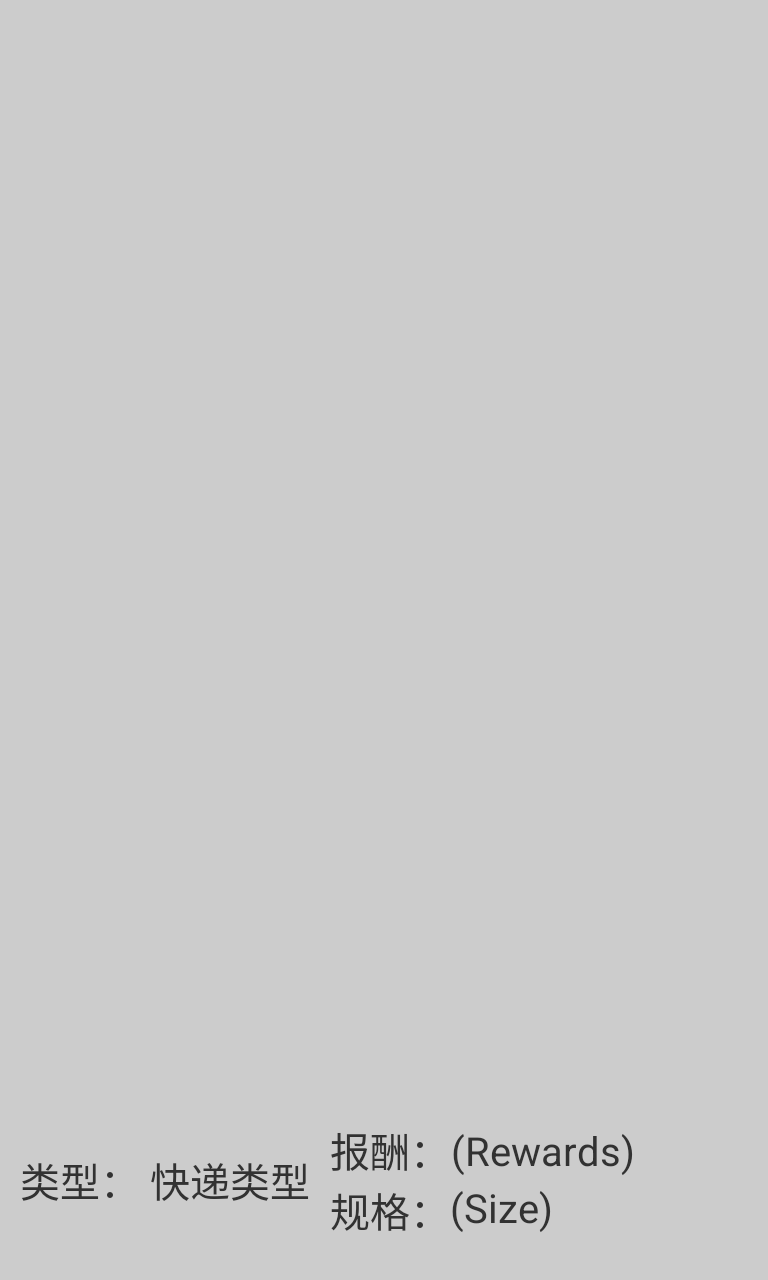
Repository: fariashen/campus-express
Layout: easyCourier/res/layout/item_request.xml
These files come from the project's save history. The layout is drawn as it stood at one moment and after the next save; the edit follows.
It is drawn on a 768 x 1280 px phone screen (xhdpi) without system bars, with theme AppTheme; the app's code is not run. The app's manifest (not shown) leaves right-to-left support off. So textAlignment, textDirection and layoutDirection are ignored, and left and right values win over start and end ones.

Above is the layout before, as saved 2016-04-25 09:23:26.

### easyCourier/res/layout/item_request.xml
<?xml version="1.0" encoding="utf-8"?>
<RelativeLayout xmlns:android="http://schemas.android.com/apk/res/android"
    android:layout_width="match_parent"
    android:layout_height="wrap_content"
    style="@style/bg_line"
    android:orientation="vertical"
    android:paddingBottom="20dp"
    android:layout_marginTop="10dp" >

    <TextView
        android:id="@+id/tv_tip_itemKinds"
        android:layout_width="wrap_content"
        android:layout_height="wrap_content"
        android:layout_marginLeft="10dp"
        android:layout_marginTop="15dp"
        android:text="类型："
        android:textSize="20sp" />

    <TextView
        android:id="@+id/tv_itemKinds"
        android:layout_width="90dp"
        android:layout_height="wrap_content"
        android:layout_marginTop="15dp"
        android:layout_marginLeft="5dp"
        android:layout_toEndOf="@id/tv_tip_itemKinds"
        android:text="快递类型"
        android:textSize="20sp" />

    <TextView
        android:id="@+id/tv_tip_itemReward"
        android:layout_width="wrap_content"
        android:layout_height="30dp"
        android:layout_toEndOf="@id/tv_itemKinds"
        android:text="报酬："
        android:textSize="20sp" />

    <TextView
        android:id="@+id/tv_itemReward"
        android:layout_width="wrap_content"
        android:layout_height="30dp"
        android:layout_toEndOf="@id/tv_tip_itemReward"
        android:gravity="center"
        android:text="(Rewards)"
        android:textSize="20sp" />



    <TextView
        android:id="@+id/tv_tip_itemSize"
        android:layout_width="wrap_content"
        android:layout_height="30dp"
        android:layout_toEndOf="@id/tv_itemKinds"
        android:layout_below="@id/tv_tip_itemReward"
        android:text="规格："
        android:textSize="20sp" />

    <TextView
        android:id="@+id/tv_itemSize"
        android:layout_width="wrap_content"
        android:layout_height="30dp"
        android:layout_below="@id/tv_itemReward"
        android:layout_toEndOf="@id/tv_tip_itemSize"
        android:text="(Size)"
        android:textSize="20sp" />

</RelativeLayout>

### easyCourier/res/values/color.xml
<?xml version="1.0" encoding="utf-8"?>
<resources>
    <!-- 描边颜色 -->
    <color name="border_clo">#ccc</color>
    <color name="text_clo">#333</color>
    <color name="white">#fff</color>
    <color name="blue">#419DE4</color>
</resources>

Loaded but not shown: easyCourier/res/values/styles.xml (common file); easyCourier/res/values-v11/styles.xml (common file); easyCourier/res/values-v14/styles.xml (common file)

After the next save:
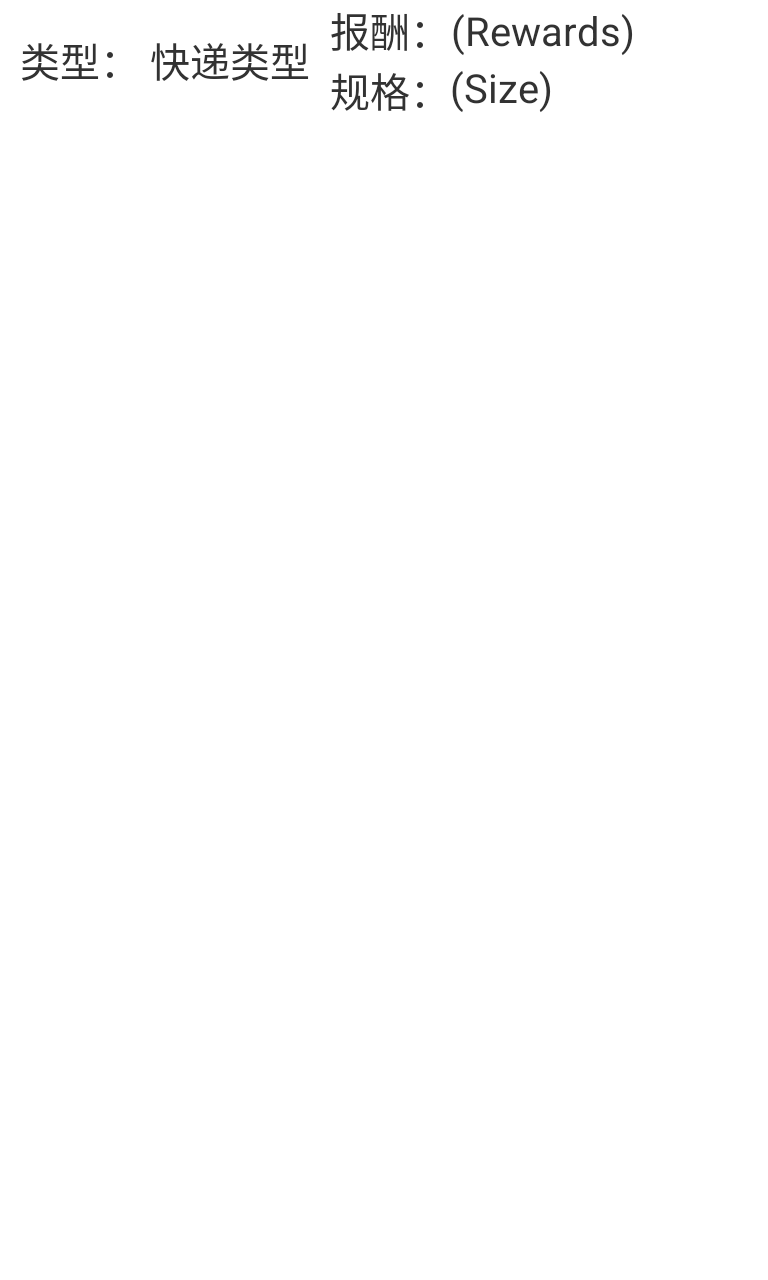
Saved 19 s later.
--- a/easyCourier/res/layout/item_request.xml
+++ b/easyCourier/res/layout/item_request.xml
@@ -2,7 +2,6 @@
 <RelativeLayout xmlns:android="http://schemas.android.com/apk/res/android"
     android:layout_width="match_parent"
     android:layout_height="wrap_content"
-    style="@style/bg_line"
     android:orientation="vertical"
     android:paddingBottom="20dp"
     android:layout_marginTop="10dp" >
